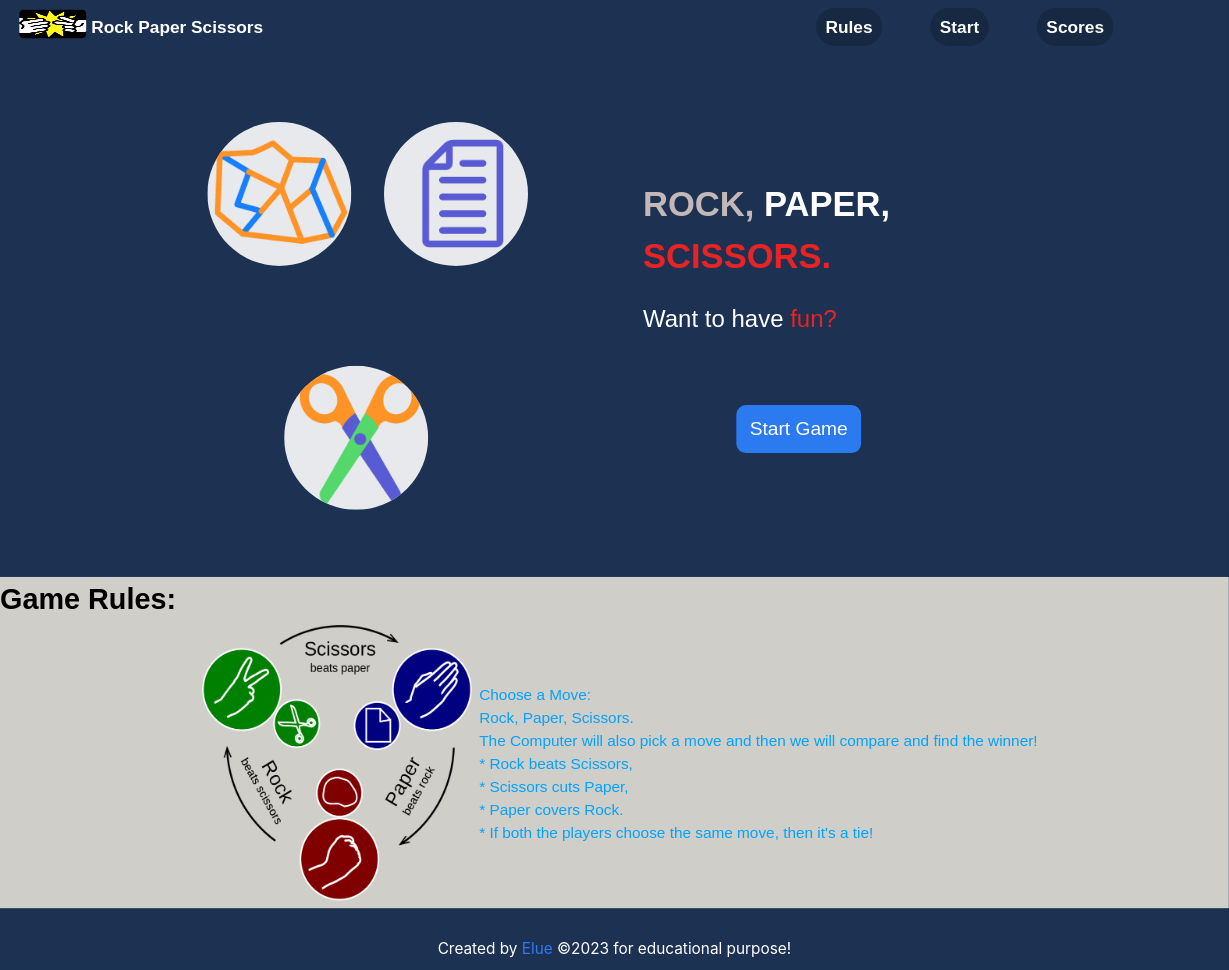
Repository: MikkyPrestige/rock-paper-scissors
Page: index.html
These files come from the project's save history. The page is drawn as it stood at one moment and after the next save; the edit follows.
The browser window is 1280 px wide. The pictures show the whole page, at 96% of full size.

Above is the page before, as saved 2023-05-08 06:02:39.

After the next save:
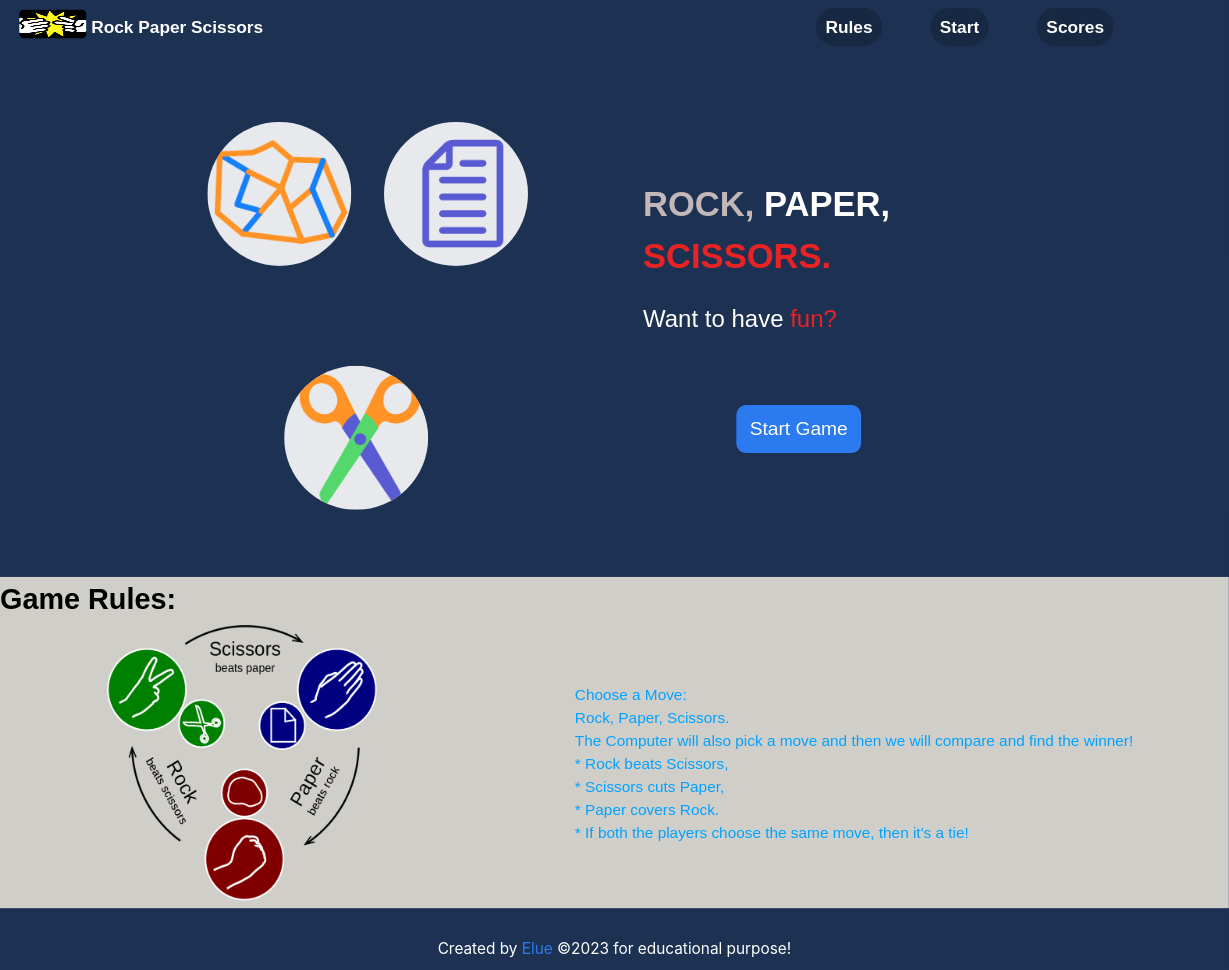
Saved 22 s later.
--- a/index.css
+++ b/index.css
@@ -153,7 +153,7 @@ li a:hover {
 }
 
 .content-scissors {
-  color:rgba(233, 35, 35, 1);
+  color: rgba(233, 35, 35, 1);
 }
 
 .content--text {
@@ -163,7 +163,7 @@ li a:hover {
 }
 
 .fun {
-  color:rgba(233, 35, 35, 1);
+  color: rgba(233, 35, 35, 1);
 }
 
 .btn {
@@ -223,8 +223,8 @@ li a:hover {
 }
 
 .rule--content {
- display: flex;
-  justify-content: center;
+  display: flex;
+  justify-content: space-around;
   align-items: center;
 }
 
